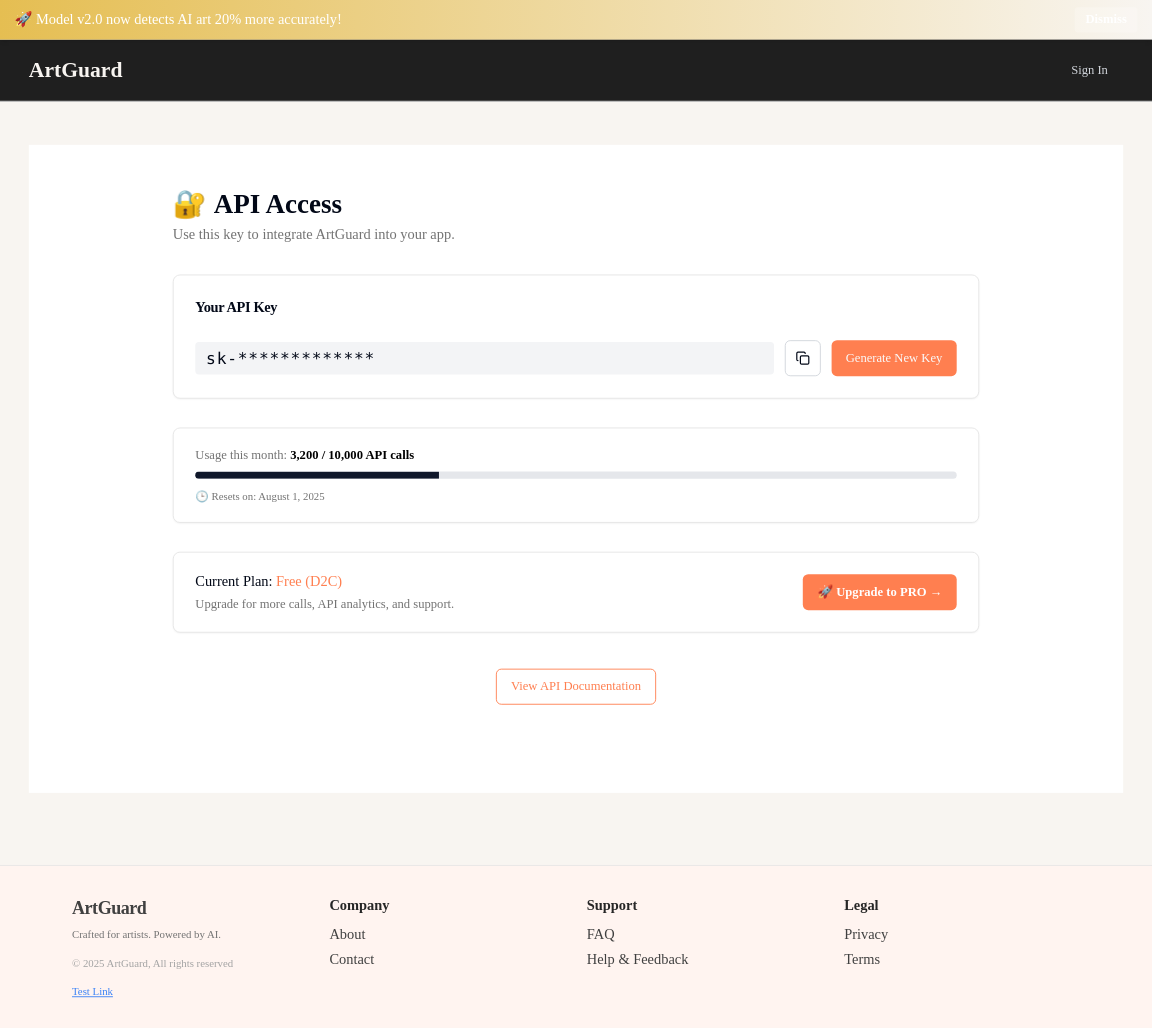
Repository: Arunkumar158/artguard
Page: /api-access
These files come from the project's save history. The page is drawn as it stood at one moment and after the next save; the edit follows.
The browser window is 1280 px wide. The pictures show the whole page, at 90% of full size.
The project was rebuilt for these pictures with package versions that can differ from the ones it lists, and the page was loaded fresh each time. Also part of the build but not shown: vite.config.ts, src/components/ui/label.tsx, src/components/ui/form.tsx, src/components/ui/input.tsx, src/components/ui/tabs.tsx, src/components/ui/alert-dialog.tsx, src/components/auth/AuthForm.tsx, src/pages/Auth.tsx and 19 more.

Above is the page before, as saved 2025-07-14 09:32:25.

After the next save:
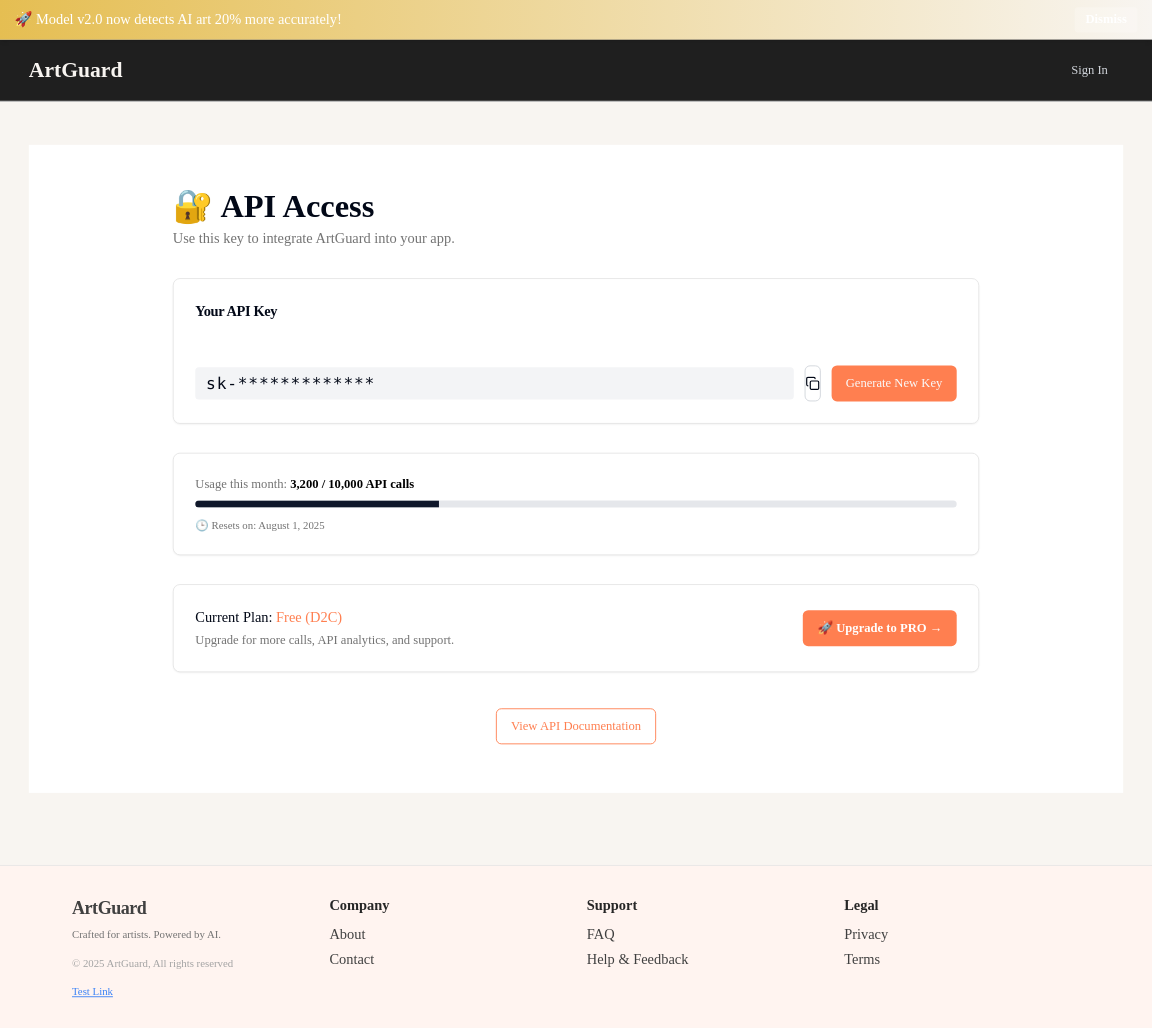
Saved 23 s later.
--- a/src/pages/ApiAccess.tsx
+++ b/src/pages/ApiAccess.tsx
@@ -39,24 +39,24 @@
   };
 
   return (
-    <div className="min-h-screen flex flex-col items-center bg-white px-4 py-8 sm:py-12">
-      <div className="w-full max-w-4xl space-y-8">
+    <div className="min-h-screen flex flex-col items-center bg-white px-4 sm:px-6 lg:px-8 py-6 sm:py-8 lg:py-12">
+      <div className="w-full max-w-4xl space-y-6 sm:space-y-8">
         {/* Page Title */}
-        <div className="mb-2">
-          <h1 className="text-2xl sm:text-3xl font-bold flex items-center gap-2">
+        <div className="mb-4 sm:mb-6">
+          <h1 className="text-2xl sm:text-3xl lg:text-4xl font-bold flex items-center gap-2">
             <span role="img" aria-label="API Access">🔐</span> API Access
           </h1>
-          <p className="text-muted-foreground mt-1">Use this key to integrate ArtGuard into your app.</p>
+          <p className="text-sm sm:text-base text-muted-foreground mt-1">Use this key to integrate ArtGuard into your app.</p>
         </div>
 
         {/* API Key Card */}
         <Card className="shadow-sm">
-          <CardHeader>
-            <CardTitle className="text-base">Your API Key</CardTitle>
+          <CardHeader className="p-4 sm:p-6">
+            <CardTitle className="text-sm sm:text-base">Your API Key</CardTitle>
           </CardHeader>
-          <CardContent>
+          <CardContent className="p-4 sm:p-6">
             <div className="flex flex-col sm:flex-row sm:items-center gap-3">
-              <span className="font-mono text-lg tracking-wider bg-gray-100 px-3 py-1 rounded select-all flex-1">
+              <span className="font-mono text-sm sm:text-lg tracking-wider bg-gray-100 px-3 py-2 sm:py-1 rounded select-all break-all flex-1">
                 {API_KEY}
               </span>
               <TooltipProvider>
@@ -65,11 +65,11 @@
                     <Button
                       size="icon"
                       variant="outline"
-                      className="border-gray-300 hover:border-[#FF7F50] hover:bg-[#FF7F50]/10"
+                      className="border-gray-300 hover:border-[#FF7F50] hover:bg-[#FF7F50]/10 w-full sm:w-auto"
                       aria-label="Copy API Key"
                       onClick={handleCopy}
                     >
-                      <Copy className="w-5 h-5" />
+                      <Copy className="w-4 h-4 sm:w-5 sm:h-5" />
                     </Button>
                   </TooltipTrigger>
                   <TooltipContent side="top">
@@ -82,7 +82,7 @@
                   <TooltipTrigger asChild>
                     <Button
                       variant="destructive"
-                      className="bg-[#FF7F50] hover:bg-[#FF7F50]/90"
+                      className="bg-[#FF7F50] hover:bg-[#FF7F50]/90 w-full sm:w-auto"
                       onClick={() => setDialogOpen(true)}
                     >
                       Generate New Key
@@ -99,20 +99,20 @@
 
         {/* Regenerate Dialog */}
         <Dialog open={dialogOpen} onOpenChange={setDialogOpen}>
-          <DialogContent>
+          <DialogContent className="w-[90vw] max-w-md mx-auto">
             <DialogHeader>
               <DialogTitle>Regenerate API Key?</DialogTitle>
               <DialogDescription>
                 This will invalidate your current key immediately.
               </DialogDescription>
             </DialogHeader>
-            <DialogFooter className="flex gap-2 justify-end">
-              <Button variant="outline" onClick={() => setDialogOpen(false)}>
+            <DialogFooter className="flex flex-col sm:flex-row gap-2 justify-end">
+              <Button variant="outline" onClick={() => setDialogOpen(false)} className="w-full sm:w-auto">
                 Cancel
               </Button>
               <Button
                 variant="destructive"
-                className="bg-[#FF7F50] hover:bg-[#FF7F50]/90"
+                className="bg-[#FF7F50] hover:bg-[#FF7F50]/90 w-full sm:w-auto"
                 onClick={handleRegenerate}
               >
                 Confirm
@@ -123,9 +123,9 @@
 
         {/* Usage Card */}
         <Card className="shadow-sm">
-          <CardContent className="py-5">
+          <CardContent className="py-4 sm:py-5 p-4 sm:p-6">
             <div className="flex flex-col gap-2">
-              <span className="text-sm text-muted-foreground">
+              <span className="text-xs sm:text-sm text-muted-foreground">
                 Usage this month: <span className="font-semibold text-black">{USAGE.toLocaleString()} / {LIMIT.toLocaleString()} API calls</span>
               </span>
               <Progress value={USAGE_PERCENT} className="h-2 bg-gray-200" style={{ accentColor: '#FF7F50' }} />
@@ -136,15 +136,15 @@
 
         {/* Plan Card */}
         <Card className="shadow-sm">
-          <CardContent className="py-5 flex flex-col sm:flex-row sm:items-center sm:justify-between gap-3">
+          <CardContent className="py-4 sm:py-5 p-4 sm:p-6 flex flex-col sm:flex-row sm:items-center sm:justify-between gap-3">
             <div>
-              <span className="font-medium">Current Plan: <span className="text-[#FF7F50]">Free (D2C)</span></span>
-              <div className="text-sm text-muted-foreground mt-1">
+              <span className="font-medium text-sm sm:text-base">Current Plan: <span className="text-[#FF7F50]">Free (D2C)</span></span>
+              <div className="text-xs sm:text-sm text-muted-foreground mt-1">
                 Upgrade for more calls, API analytics, and support.
               </div>
             </div>
             <Button
-              className="bg-[#FF7F50] hover:bg-[#FF7F50]/90 text-white font-semibold mt-2 sm:mt-0"
+              className="bg-[#FF7F50] hover:bg-[#FF7F50]/90 text-white font-semibold mt-2 sm:mt-0 w-full sm:w-auto"
             >
               🚀 Upgrade to PRO →
             </Button>
@@ -153,7 +153,7 @@
 
         {/* API Docs Link */}
         <div className="flex justify-center pt-2">
-          <Button asChild variant="outline" className="border-[#FF7F50] text-[#FF7F50] hover:bg-[#FF7F50]/10">
+          <Button asChild variant="outline" className="border-[#FF7F50] text-[#FF7F50] hover:bg-[#FF7F50]/10 w-full sm:w-auto">
             <Link to="/docs">View API Documentation</Link>
           </Button>
         </div>
